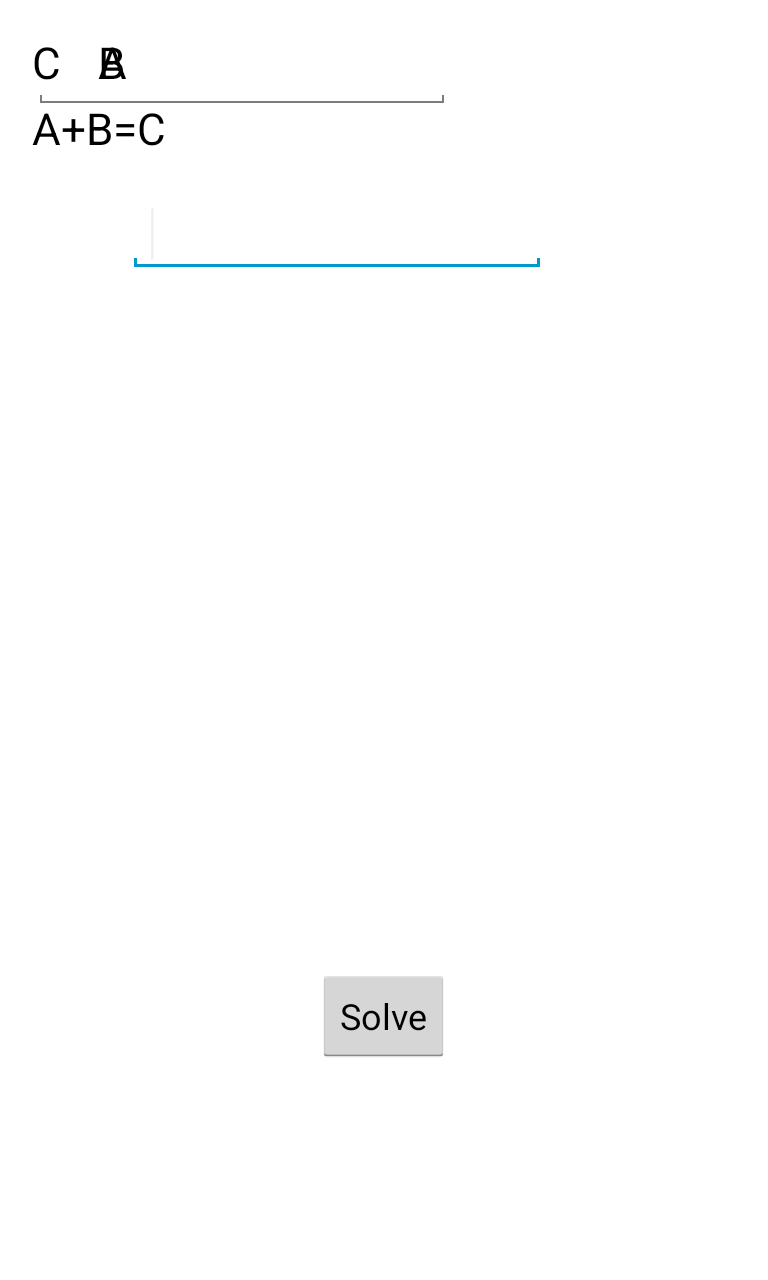
Repository: dtri123/Equation-Station
Layout: TheEquationStation/res/layout/addition_page.xml
An editor plug-in stored every save of this project. The layout is shown before and after the next save, followed by the edit.
It is drawn on a 768 x 1280 px phone screen (xhdpi) without system bars, with theme AppTheme; the app's code is not run.

Above is the layout before, as saved 2013-07-18 17:03:48.

### TheEquationStation/res/layout/addition_page.xml
<?xml version="1.0" encoding="utf-8"?>
<RelativeLayout xmlns:android="http://schemas.android.com/apk/res/android"
    xmlns:tools="http://schemas.android.com/tools"
    android:layout_width="match_parent"
    android:layout_height="match_parent"
    android:paddingBottom="@dimen/activity_vertical_margin"
    android:paddingLeft="@dimen/activity_horizontal_margin"
    android:paddingRight="@dimen/activity_horizontal_margin"
    android:paddingTop="@dimen/activity_vertical_margin"
    tools:context=".Addition_Page" >

     <Button
        android:id="@+id/add_button"
        android:layout_width="wrap_content"
        android:layout_height="wrap_content"
        android:layout_alignParentBottom="true"
        android:layout_centerHorizontal="true"
        android:layout_marginBottom="92dp"
        android:text="Solve" />

     <TextView
        android:id="@+id/textView2"
        android:layout_width="wrap_content"
        android:layout_height="wrap_content"
        android:layout_above="@+id/button2"
        android:layout_centerHorizontal="true"
        android:layout_marginBottom="16dp"
        android:text=""
        android:textAppearance="?android:attr/textAppearanceMedium" />

    <TextView
        android:id="@+id/textView3"
        android:layout_width="wrap_content"
        android:layout_height="wrap_content"
        android:layout_alignBottom="@+id/editText1"
        android:layout_alignLeft="@+id/textView4"
        android:text="A"
        android:textAppearance="?android:attr/textAppearanceLarge" />

    <TextView
        android:id="@+id/textView4"
        android:layout_width="wrap_content"
        android:layout_height="wrap_content"
        android:layout_alignBottom="@+id/editText2"
        android:layout_alignParentLeft="true"
        android:layout_marginLeft="33dp"
        android:text="B"
        android:textAppearance="?android:attr/textAppearanceLarge" />

    <TextView
        android:id="@+id/TextView01"
        android:layout_width="wrap_content"
        android:layout_height="wrap_content"
        android:layout_alignBottom="@+id/editText3"
        android:layout_toLeftOf="@+id/editText3"
        android:text="C"
        android:textAppearance="?android:attr/textAppearanceLarge" />

    <TextView
        android:id="@+id/textView1"
        android:layout_width="wrap_content"
        android:layout_height="wrap_content"
        android:layout_alignLeft="@+id/button2"
        android:layout_alignParentTop="true"
        android:layout_marginTop="33dp"
        android:text="A+B=C"
        android:textAppearance="?android:attr/textAppearanceLarge" />

    <EditText
        android:id="@+id/editText_AddA"
        android:layout_width="wrap_content"
        android:layout_height="wrap_content"
        android:layout_below="@+id/textView1"
        android:layout_marginTop="19dp"
        android:layout_toRightOf="@+id/textView3"
        android:ems="10"
        android:inputType="numberDecimal" >

        <requestFocus />
    </EditText>

    <EditText
        android:id="@+id/editText_AddSum"
        android:layout_width="wrap_content"
        android:layout_height="wrap_content"
        android:layout_alignLeft="@+id/editText2"
        android:layout_below="@+id/editText2"
        android:ems="10"
        android:inputType="numberDecimal" />

    <EditText
        android:id="@+id/editText_AddB"
        android:layout_width="wrap_content"
        android:layout_height="wrap_content"
        android:layout_alignLeft="@+id/editText1"
        android:layout_below="@+id/editText1"
        android:ems="10"
        android:inputType="numberDecimal" />

</RelativeLayout>

Loaded but not shown: TheEquationStation/res/values/styles.xml (common file); TheEquationStation/res/values-v11/styles.xml (common file); TheEquationStation/res/values-v14/styles.xml (common file); TheEquationStation/res/values/dimens.xml (common file)

After the next save:
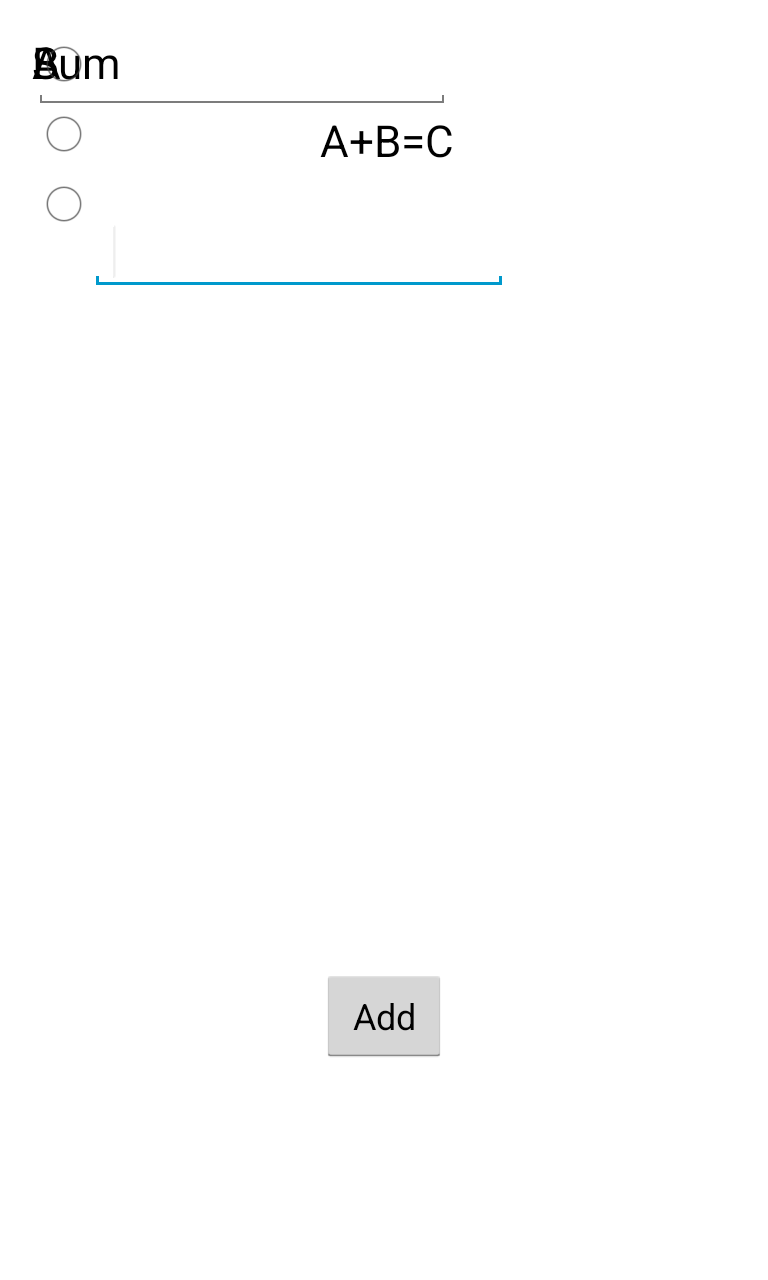
Saved 4 min 12 s later.
--- a/TheEquationStation/res/layout/addition_page.xml
+++ b/TheEquationStation/res/layout/addition_page.xml
@@ -10,74 +10,13 @@
     tools:context=".Addition_Page" >
 
      <Button
-        android:id="@+id/add_button"
+        android:id="@+id/button_add"
         android:layout_width="wrap_content"
         android:layout_height="wrap_content"
         android:layout_alignParentBottom="true"
         android:layout_centerHorizontal="true"
         android:layout_marginBottom="92dp"
-        android:text="Solve" />
-
-     <TextView
-        android:id="@+id/textView2"
-        android:layout_width="wrap_content"
-        android:layout_height="wrap_content"
-        android:layout_above="@+id/button2"
-        android:layout_centerHorizontal="true"
-        android:layout_marginBottom="16dp"
-        android:text=""
-        android:textAppearance="?android:attr/textAppearanceMedium" />
-
-    <TextView
-        android:id="@+id/textView3"
-        android:layout_width="wrap_content"
-        android:layout_height="wrap_content"
-        android:layout_alignBottom="@+id/editText1"
-        android:layout_alignLeft="@+id/textView4"
-        android:text="A"
-        android:textAppearance="?android:attr/textAppearanceLarge" />
-
-    <TextView
-        android:id="@+id/textView4"
-        android:layout_width="wrap_content"
-        android:layout_height="wrap_content"
-        android:layout_alignBottom="@+id/editText2"
-        android:layout_alignParentLeft="true"
-        android:layout_marginLeft="33dp"
-        android:text="B"
-        android:textAppearance="?android:attr/textAppearanceLarge" />
-
-    <TextView
-        android:id="@+id/TextView01"
-        android:layout_width="wrap_content"
-        android:layout_height="wrap_content"
-        android:layout_alignBottom="@+id/editText3"
-        android:layout_toLeftOf="@+id/editText3"
-        android:text="C"
-        android:textAppearance="?android:attr/textAppearanceLarge" />
-
-    <TextView
-        android:id="@+id/textView1"
-        android:layout_width="wrap_content"
-        android:layout_height="wrap_content"
-        android:layout_alignLeft="@+id/button2"
-        android:layout_alignParentTop="true"
-        android:layout_marginTop="33dp"
-        android:text="A+B=C"
-        android:textAppearance="?android:attr/textAppearanceLarge" />
-
-    <EditText
-        android:id="@+id/editText_AddA"
-        android:layout_width="wrap_content"
-        android:layout_height="wrap_content"
-        android:layout_below="@+id/textView1"
-        android:layout_marginTop="19dp"
-        android:layout_toRightOf="@+id/textView3"
-        android:ems="10"
-        android:inputType="numberDecimal" >
-
-        <requestFocus />
-    </EditText>
+        android:text="Add" />
 
     <EditText
         android:id="@+id/editText_AddSum"
@@ -97,4 +36,76 @@
         android:ems="10"
         android:inputType="numberDecimal" />
 
+    <TextView
+        android:id="@+id/textView1"
+        android:layout_width="wrap_content"
+        android:layout_height="wrap_content"
+        android:layout_alignLeft="@+id/button_add"
+        android:layout_marginTop="39dp"
+        android:text="A+B=C"
+        android:textAppearance="?android:attr/textAppearanceLarge" />
+
+    <EditText
+        android:id="@+id/editText_AddA"
+        android:layout_width="wrap_content"
+        android:layout_height="wrap_content"
+        android:layout_below="@+id/textView1"
+        android:layout_marginTop="22dp"
+        android:layout_toRightOf="@+id/textView4"
+        android:ems="10"
+        android:inputType="numberDecimal" >
+
+        <requestFocus />
+    </EditText>
+
+    <TextView
+        android:id="@+id/textView4"
+        android:layout_width="wrap_content"
+        android:layout_height="wrap_content"
+        android:layout_above="@+id/editText3"
+        android:layout_marginRight="15dp"
+        android:text="B"
+        android:textAppearance="?android:attr/textAppearanceLarge" />
+
+    <TextView
+        android:id="@+id/TextView01"
+        android:layout_width="wrap_content"
+        android:layout_height="wrap_content"
+        android:layout_alignBottom="@+id/editText3"
+        android:layout_alignLeft="@+id/textView4"
+        android:text="Sum"
+        android:textAppearance="?android:attr/textAppearanceLarge" />
+
+    <TextView
+        android:id="@+id/textView3"
+        android:layout_width="wrap_content"
+        android:layout_height="wrap_content"
+        android:layout_alignLeft="@+id/textView4"
+        android:layout_alignBottom="@+id/editText1"
+        android:text="A"
+        android:textAppearance="?android:attr/textAppearanceLarge" />
+    <RadioGroup android:id="@+id/group1"
+	    android:layout_width="fill_parent"
+		android:layout_height="wrap_content"
+		android:orientation="vertical"
+		android:layout_alignBottom="@+id/editText3"
+		android:layout_toRightOf="@+id/editText3">"
+
+	<RadioButton
+		android:id="@+id/radioButtonAddA"
+		android:layout_width="wrap_content"
+		android:layout_height="wrap_content" />
+
+	<RadioButton
+		android:id="@+id/radioButtonAddB"
+		android:layout_width="wrap_content"
+		android:layout_height="wrap_content"
+		android:layout_marginTop="3dp" />
+
+	<RadioButton
+		android:id="@+id/radioButtonSum"
+		android:layout_width="wrap_content"
+		android:layout_height="wrap_content"
+		android:layout_marginTop="3dp"/>
+	</RadioGroup>
 </RelativeLayout>
